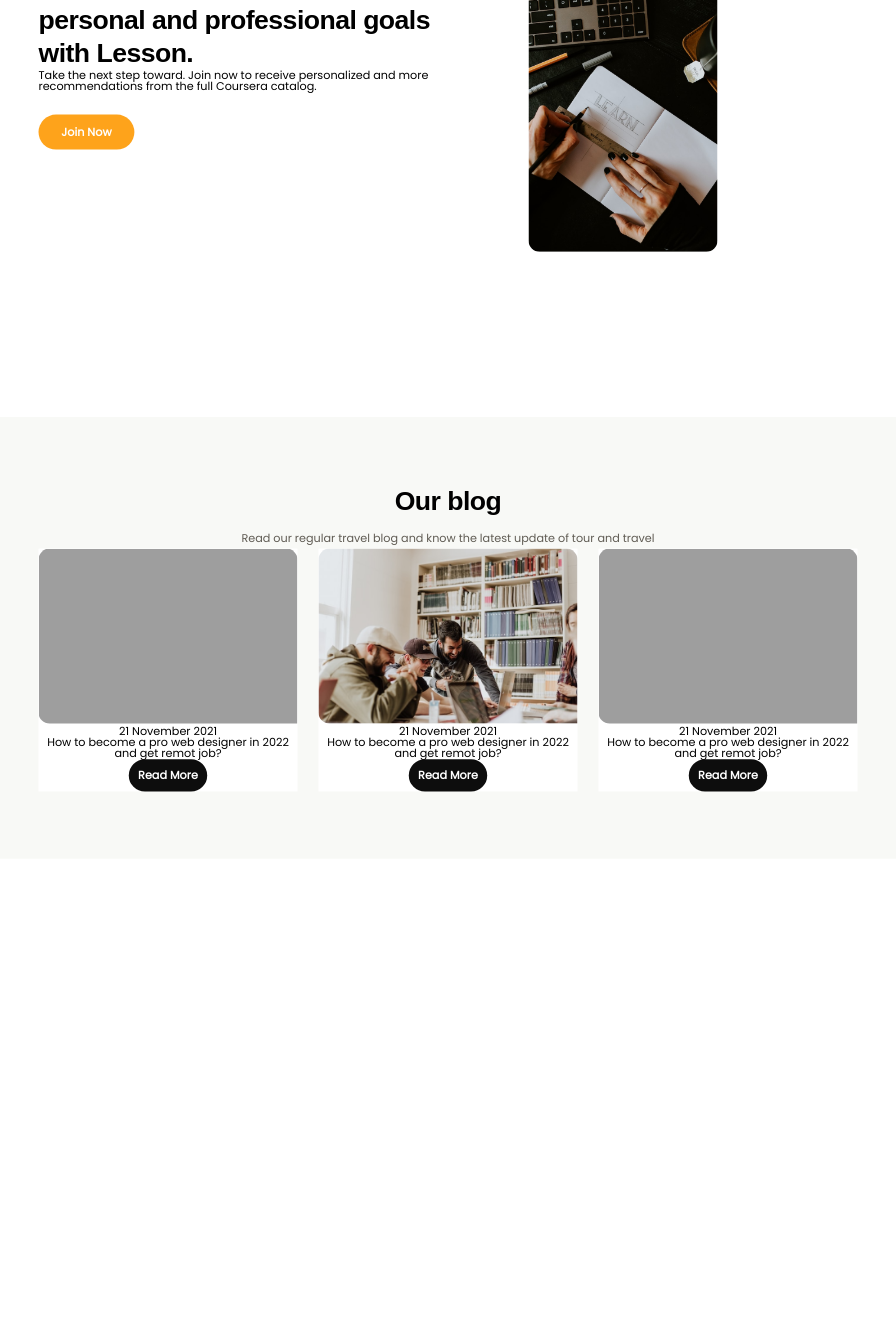
Repository: nguyendonghieu1011-png/figma-to-html1
Page: index.html
An editor plug-in stored every save of this project. The page is shown before and after the next save, followed by the edit.
The browser window is 1280 px wide. The pictures show the part of the page from y = 3214 to 5134 px (the page is 10000 px tall), at 70% of full size.
Pictures or frames that could not be fetched are drawn as grey boxes. A picture or video elsewhere on the page could not be fetched, so the positions and the page height are approximate. Some web fonts or font styles are not loaded; a fallback is used. Some web libraries are served in a nearby version.

Above is the page before, as saved 2026-01-06 17:42:55.

After the next save:
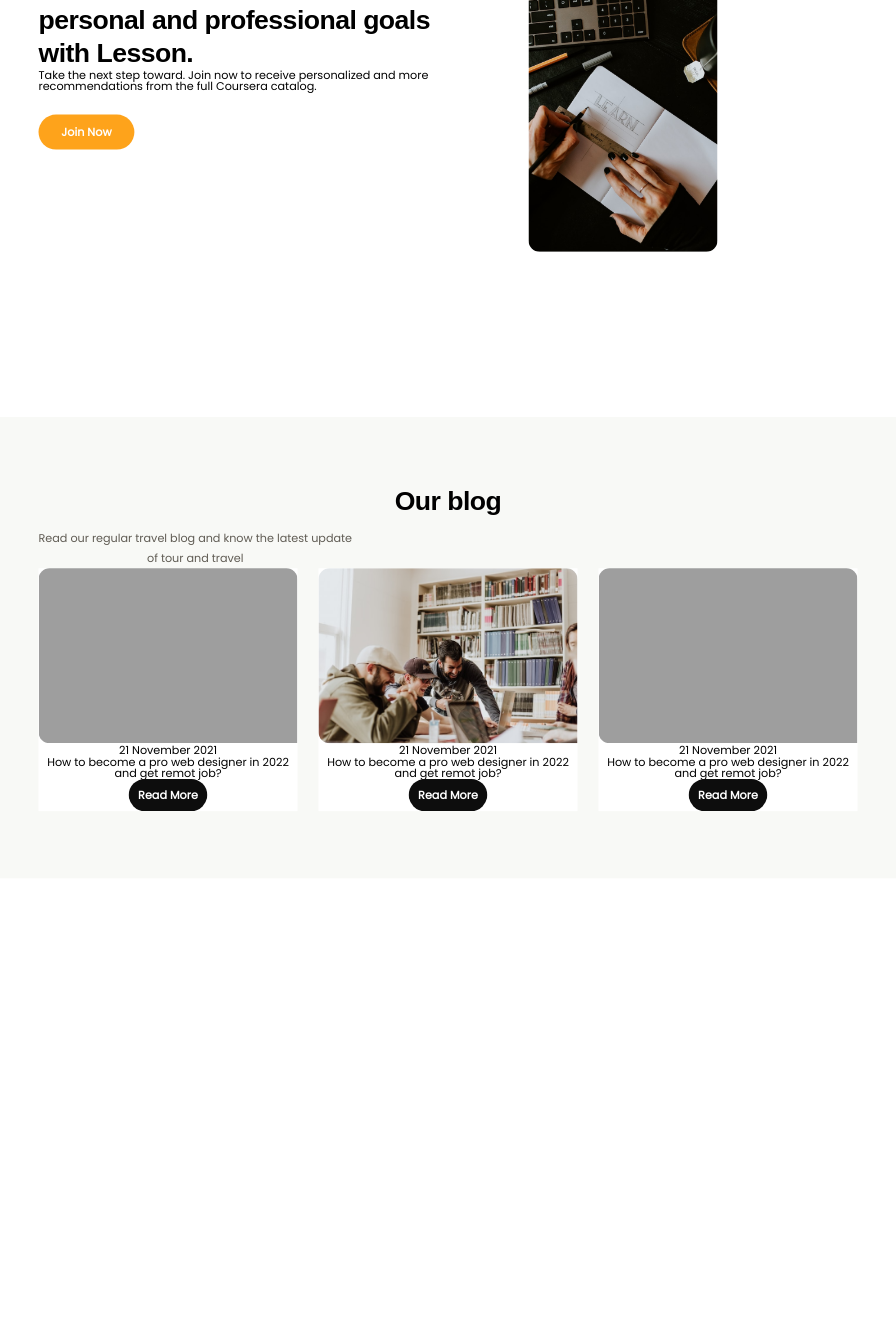
Saved 3 min 25 s later.
--- a/assets/css/style.css
+++ b/assets/css/style.css
@@ -570,6 +570,7 @@
 
 .blog-top .desc {
   margin-top: 16px;
+  width: 448px;
   color: #5f5b53;
   font-size: 1.6rem;
   line-height: 1.75

After the save that followed:
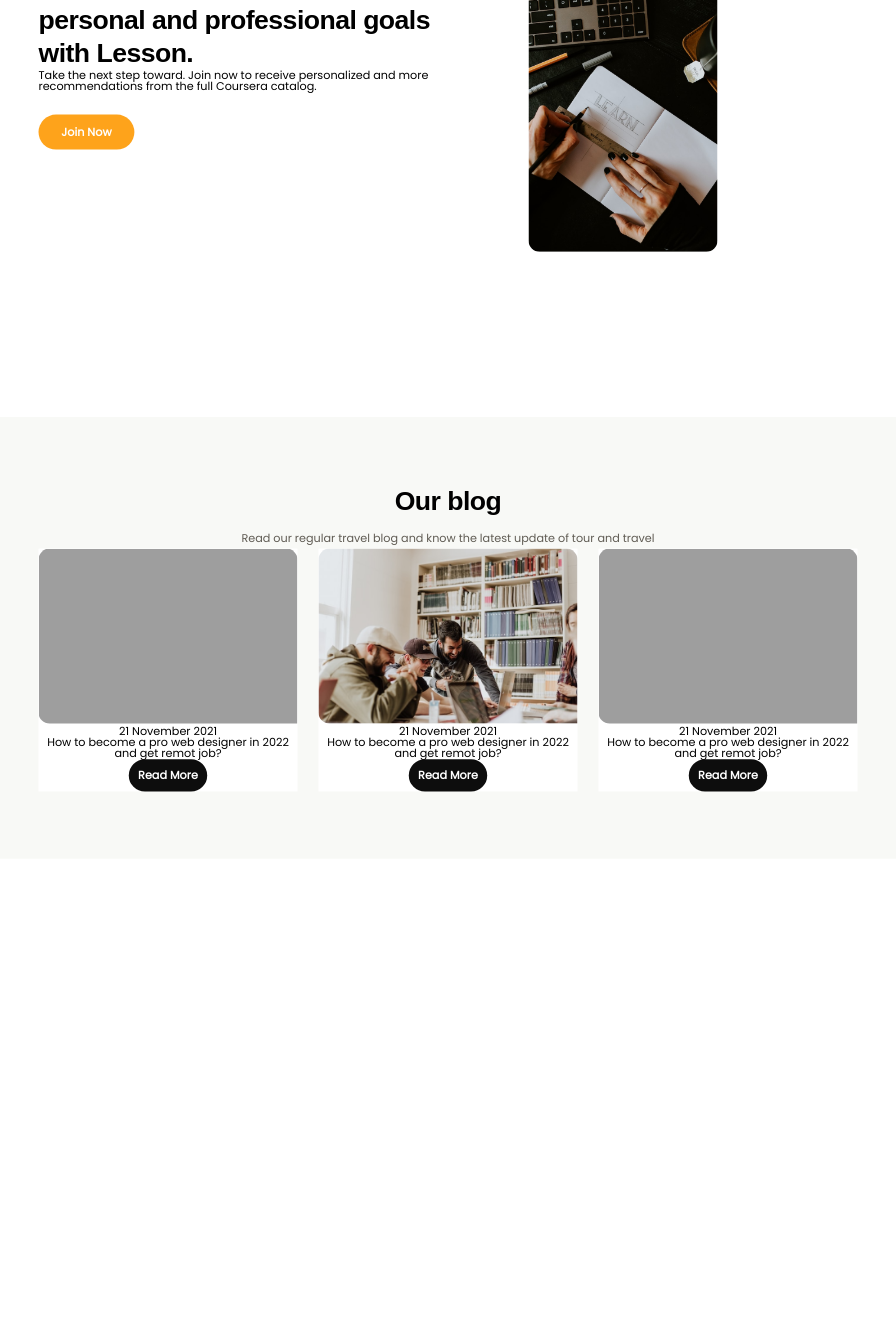
Saved 43 s later.
--- a/assets/css/style.css
+++ b/assets/css/style.css
@@ -570,7 +570,6 @@
 
 .blog-top .desc {
   margin-top: 16px;
-  width: 448px;
   color: #5f5b53;
   font-size: 1.6rem;
   line-height: 1.75
